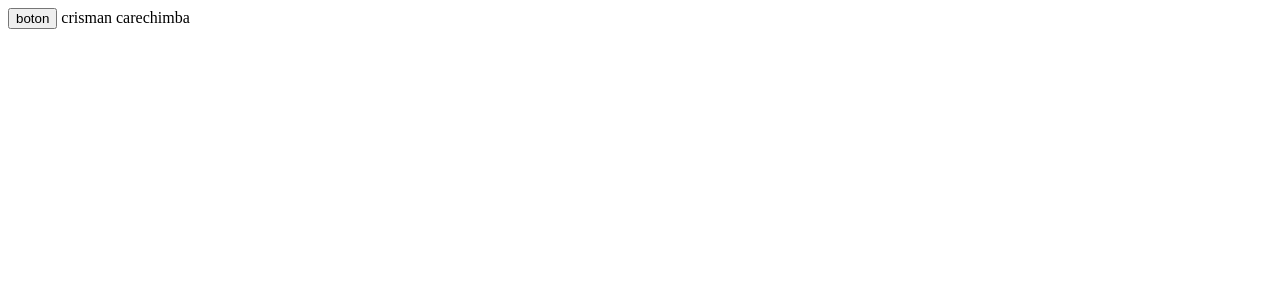
Repository: mauro2357/Producto2SW2MEERKATSOFT
Page: http://localhost/Meerkat_0.0/Principal.jsp
These files come from the project's save history. The page is drawn as it stood at one moment and after the next save; the edit follows.
The browser window is 1280 px wide. The pictures show the whole page.
The page is served by Tomcat 9. Other server files are loaded and not shown.

Above is the page before, as saved 2015-08-25 04:40:24.

### Meerkat_0.0/WebContent/Principal.jsp
<%@ page language="java" contentType="text/html; charset=ISO-8859-1"
    pageEncoding="ISO-8859-1"%>
<!DOCTYPE html PUBLIC "-//W3C//DTD HTML 4.01 Transitional//EN" "http://www.w3.org/TR/html4/loose.dtd">
<html>
<head>
<meta http-equiv="Content-Type" content="text/html; charset=ISO-8859-1">
<title>Insert title here</title>
</head>
<body>
	<input size="15" maxlength="15" name="boton" type="submit"
		value="boton"> crisman carechimba
</body>
</html>

After the next save:
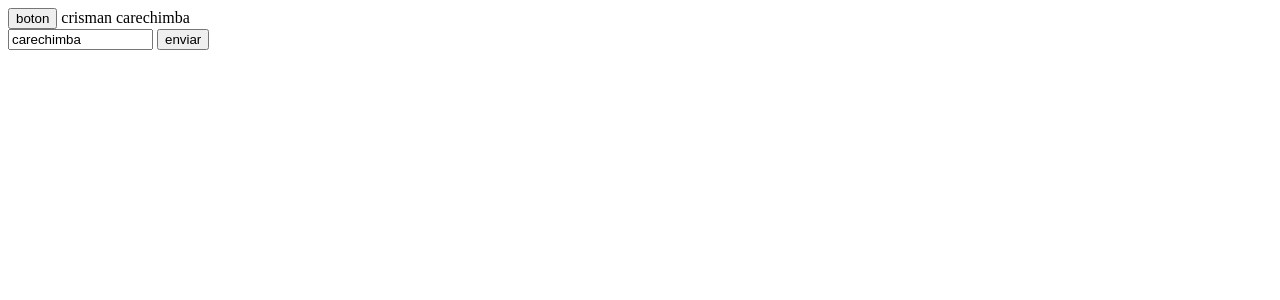
Saved 119 s later.
--- a/Meerkat_0.0/WebContent/Principal.jsp
+++ b/Meerkat_0.0/WebContent/Principal.jsp
@@ -9,5 +9,8 @@
 <body>
 	<input size="15" maxlength="15" name="boton" type="submit"
 		value="boton"> crisman carechimba
+	<form action="consultarproductosFacade.java">
+		<input size="15" maxlength="15" name="william" value="carechimba"> <input name="enviar" type="submit" value="enviar">
+	</form>
 </body>
 </html>
